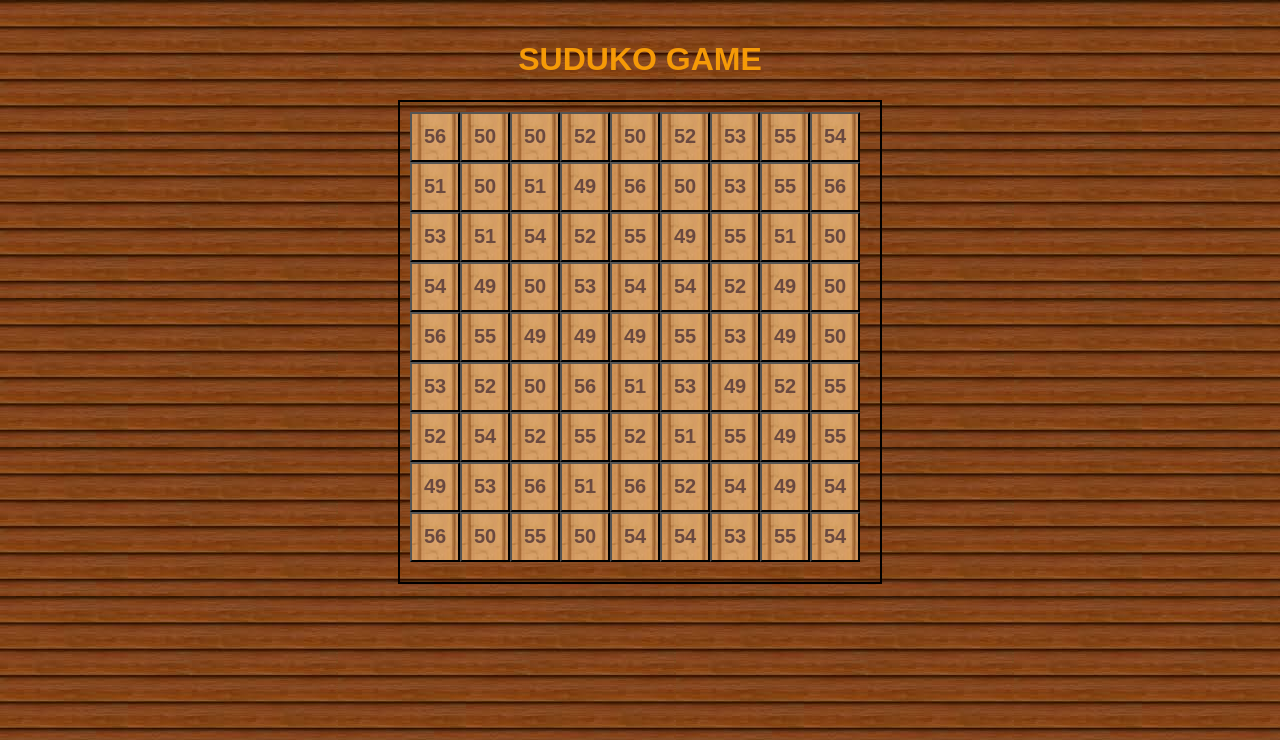
Repository: ahmad8969/Suduko-Game-React-App
Page: /
These files come from the project's save history. The page is drawn as it stood at one moment and after the next save; the edit follows.
The browser window is 1280 px wide. The pictures show the whole page.
Some web fonts or font styles are not loaded; a fallback is used. The project was rebuilt for these pictures with package versions that can differ from the ones it lists, and the page was loaded fresh each time.

Above is the page before, as saved 2021-03-04 15:19:50.

After the next save:
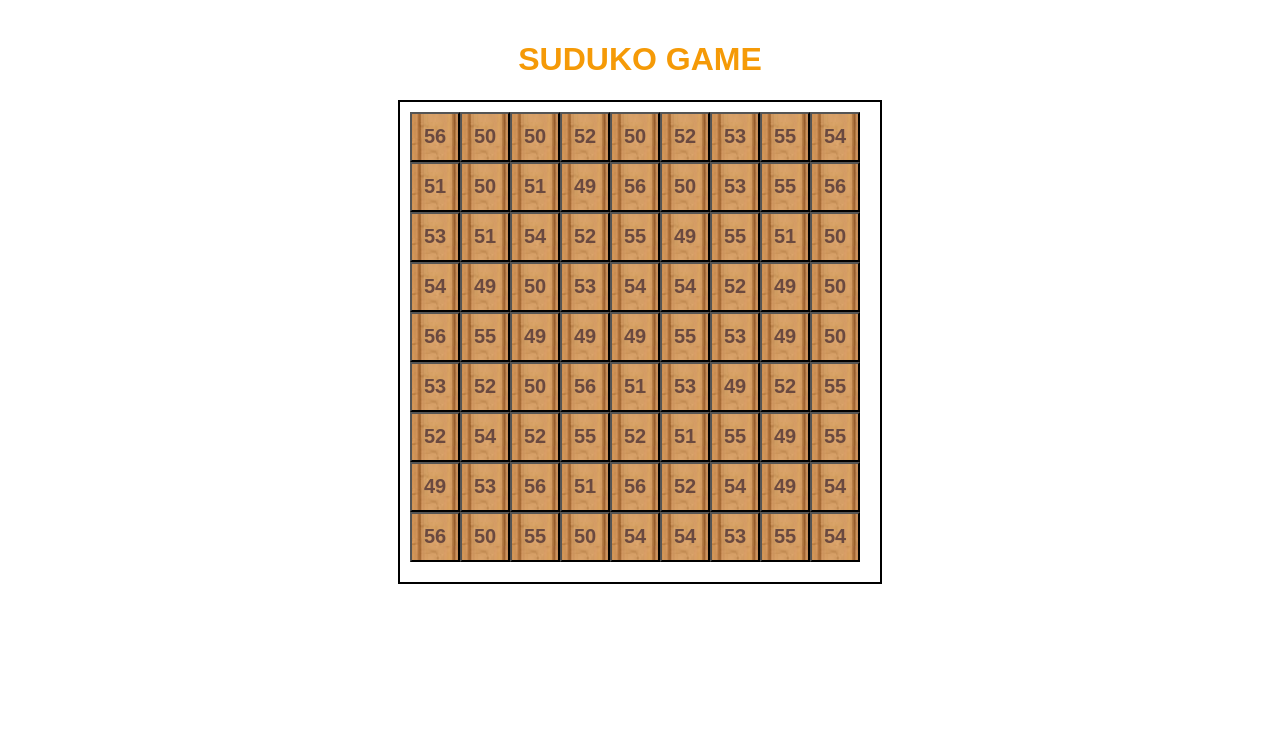
Saved 16 min 39 s later.
--- a/src/App.css
+++ b/src/App.css
@@ -1,7 +1,7 @@
 @import url('http://fonts.cdnfonts.com/css/game');
 .App {
   text-align: center;
-  background-image: url('images/download.jpg');
+  /* background-image: url('images/download.jpg'); */
   color:rgb(245, 154, 7);
   padding-top:20px;
   font-family: 'GAME', sans-serif;
